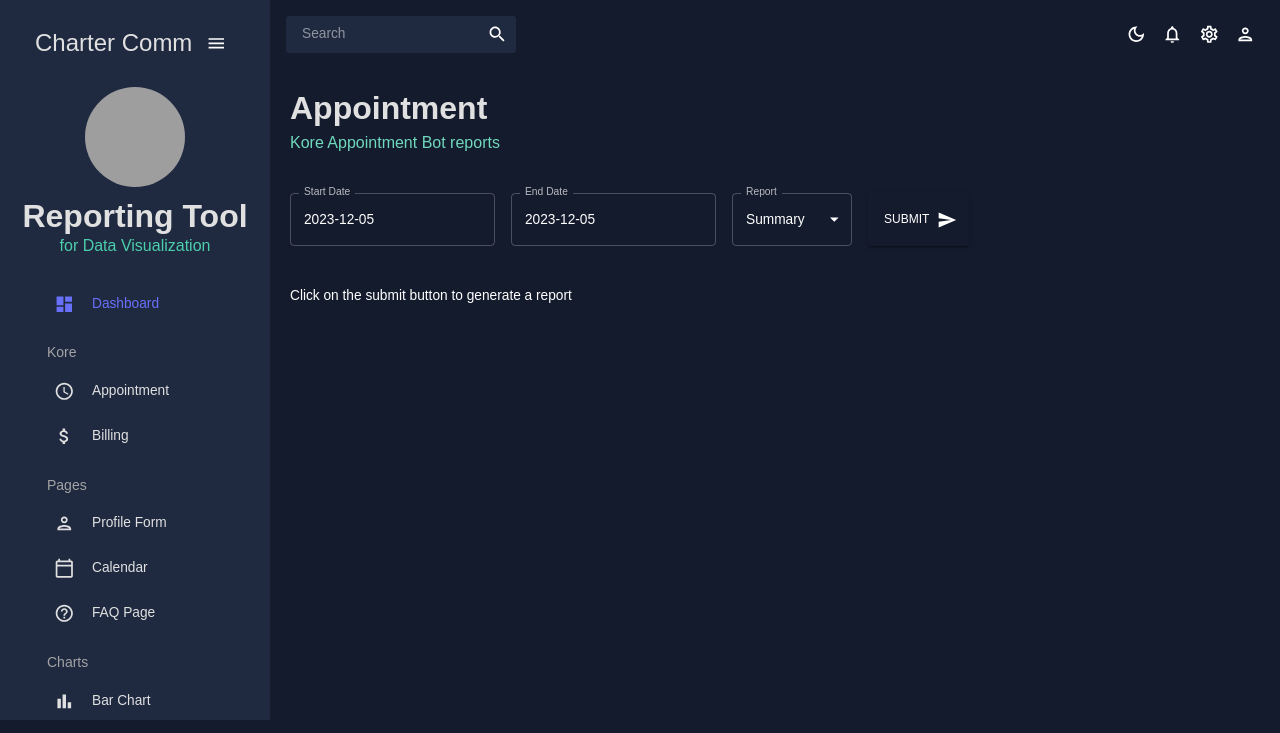
Repository: HenrryWith2Rs/reporthub
Page: /kore/appt (app in ui/)
The author's editor kept a copy of each file at every save. The page is drawn from the files as they stood at one save, then again after the next save.
The browser window is 1280 px wide. The pictures show the whole page.
Pictures or frames that could not be fetched are drawn as grey boxes. The project was rebuilt for these pictures with package versions that can differ from the ones it lists, and the page was loaded fresh each time. Also part of the build but not shown: ui/vite.config.ts, ui/src/data/mockData.ts, ui/src/components/LineChart.tsx, ui/src/data/mockGeoFeatures.ts, ui/src/components/GeographyChart.tsx, ui/src/data/dataParser.ts, ui/src/components/BarChart.tsx, ui/src/components/ProgressCircle.tsx and 7 more.

Above is the page before, as saved 2023-12-07 07:27:53.

After the next save:
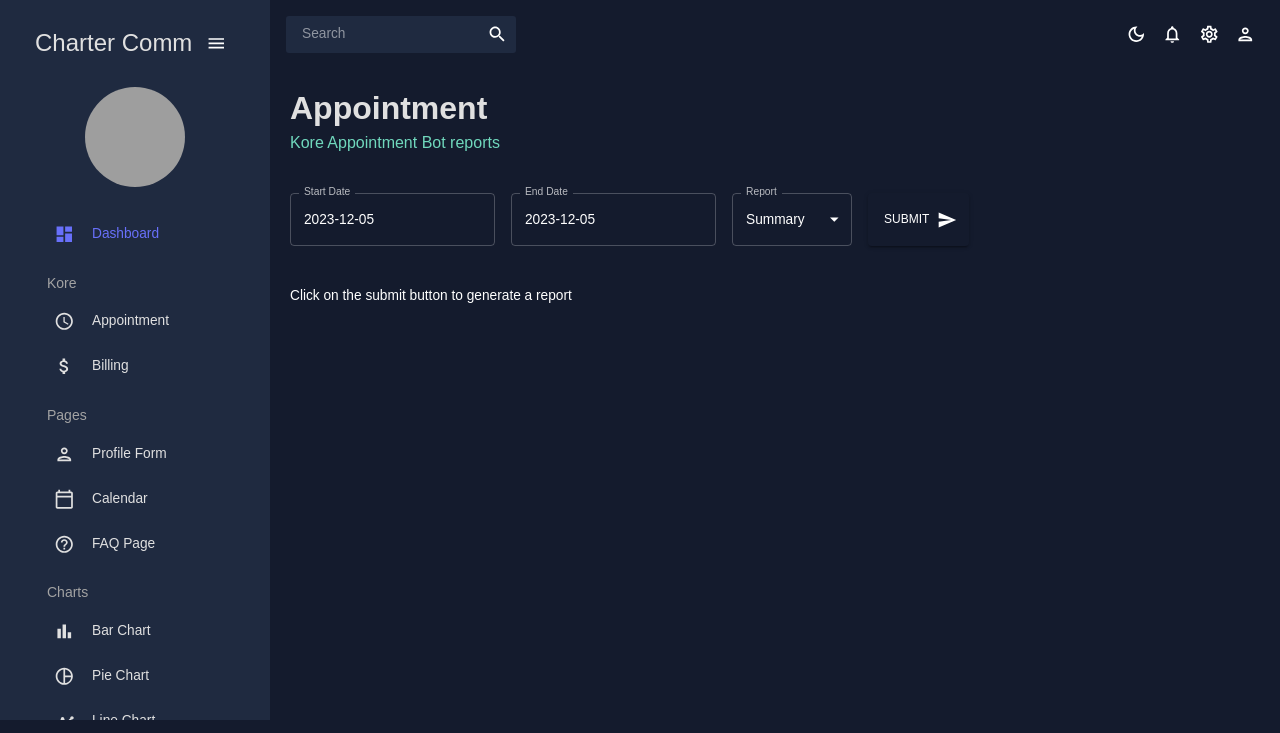
Saved 23 s later.
--- a/ui/src/scenes/global/Sidebar.tsx
+++ b/ui/src/scenes/global/Sidebar.tsx
@@ -114,19 +114,6 @@
                   style={{ cursor: 'pointer', borderRadius: '50%' }}
                 />
               </Box>
-              <Box textAlign="center">
-                <Typography
-                  variant="h2"
-                  color={colors.grey[100]}
-                  fontWeight="bold"
-                  sx={{ m: '10px 0 0 0' }}
-                >
-                  Reporting Tool
-                </Typography>
-                <Typography variant="h5" color={colors.greenAccent[500]}>
-                  for Data Visualization
-                </Typography>
-              </Box>
             </Box>
           )}
 

After the save that followed:
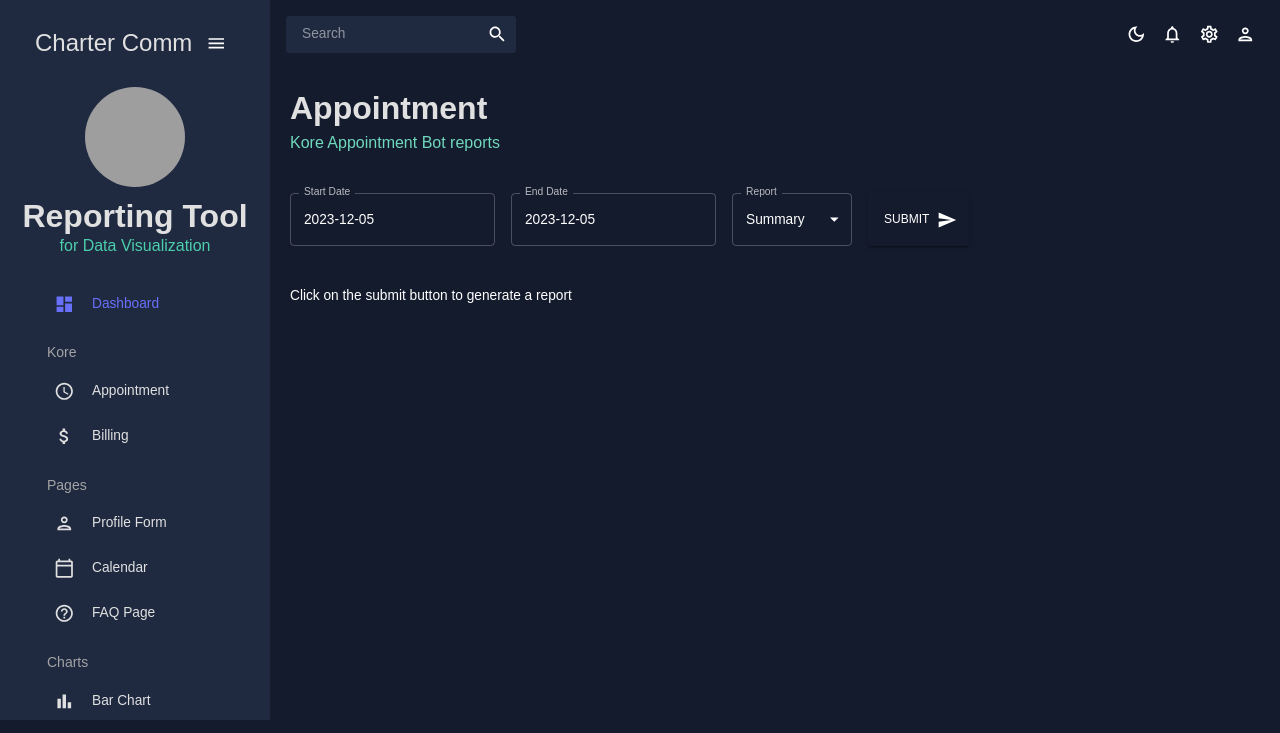
Saved 10 s later.
--- a/ui/src/scenes/global/Sidebar.tsx
+++ b/ui/src/scenes/global/Sidebar.tsx
@@ -114,6 +114,19 @@
                   style={{ cursor: 'pointer', borderRadius: '50%' }}
                 />
               </Box>
+              <Box textAlign="center">
+                <Typography
+                  variant="h2"
+                  color={colors.grey[100]}
+                  fontWeight="bold"
+                  sx={{ m: '10px 0 0 0' }}
+                >
+                  Reporting Tool
+                </Typography>
+                <Typography variant="h5" color={colors.greenAccent[500]}>
+                  for Data Visualization
+                </Typography>
+              </Box>
             </Box>
           )}
 
